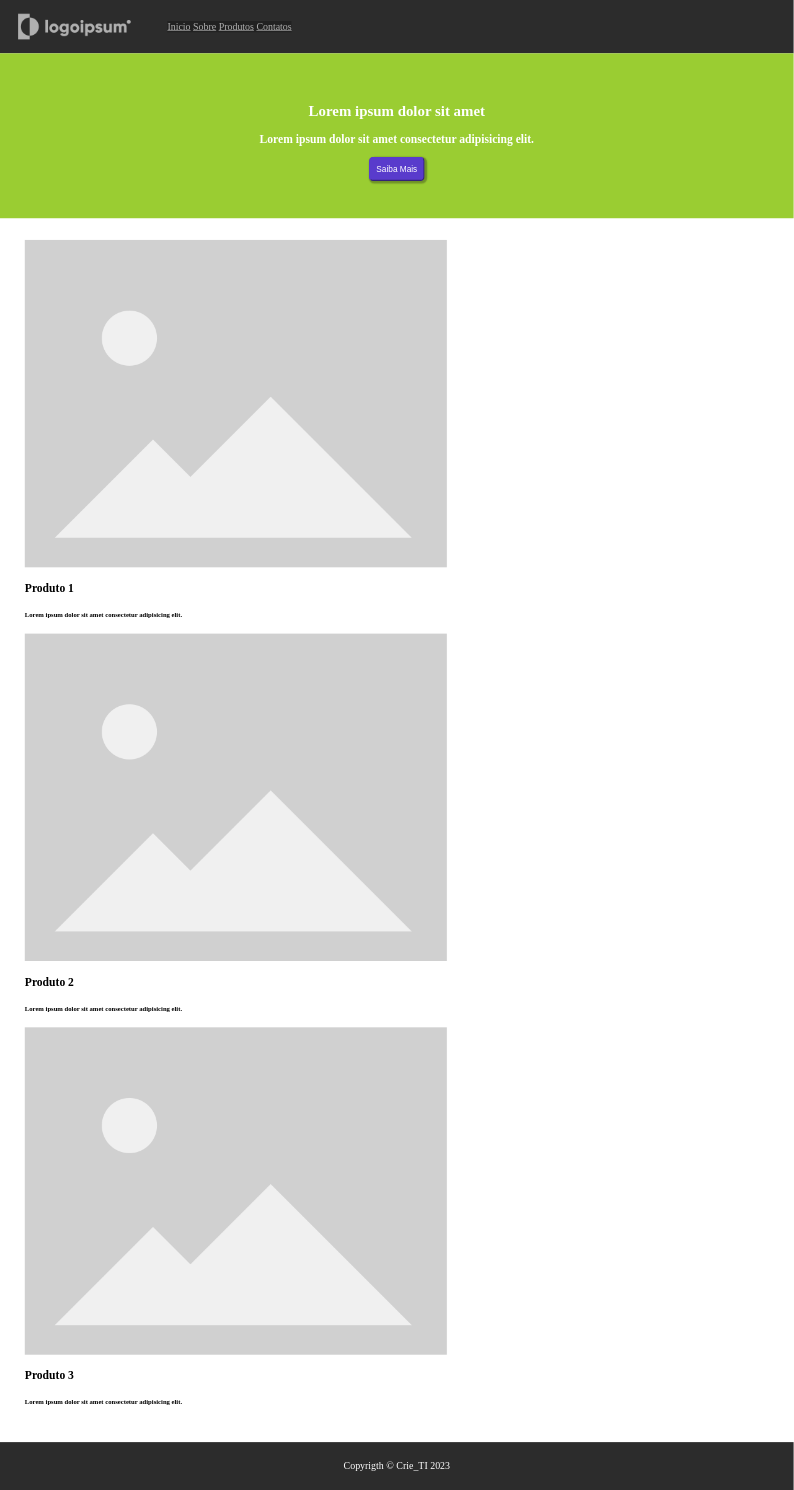
Repository: robsonwssantos/Projeto_Olaria
Page: Exercicios/ex.01/index.html
These files come from the project's save history. The page is drawn as it stood at one moment and after the next save; the edit follows.
The browser window is 1280 px wide. The pictures show the whole page, at 62% of full size.

Above is the page before, as saved 2023-04-21 11:20:58.

### Exercicios/ex.01/index.html
<!DOCTYPE html>
<html lang="pt-BR">
<head>
    <meta charset="UTF-8">
    <meta http-equiv="X-UA-Compatible" content="IE=edge">
    <meta name="viewport" content="width=device-width, initial-scale=1.0">
    <title>Desafio HTML-CSS</title>

    <style>
        body {
            margin: 0;
        }

        nav {
            color: #B0B0B0;
            background-color: #212121;
        }

        .lorem {

            color: #fff;
            background-color: #9ACD32;
            text-align: center;
            padding: 60px 60px 60px 60px;
        }

        .botao {
            color: #fff;
            background-color: #593BCC;
            border-color: #593BCC;
            border-radius: 7px;
            padding: 10px 10px 10px 10px;
            box-shadow: 2px 2px 2px 2px rgba(19, 18, 18, 0.315);
        }


        header {
            display: flex;
            align-items: center;
            background-color: rgb(44, 44, 44);
            padding-left: 20px;
            padding-right: 20px;
            box-sizing: border-box;
          /*  width: 100%;
            position: absolute;
            position: fixed;
            top: 0; */
        }

        header img {
            width: 200px;
            margin-right: 50px;
        }

        header a {
            color: #B0B0B0;
        }

        a:hover {
            color: #ffffff;
        }

        .container {

                padding-top:35px;
                padding-bottom: 35px;
                padding-left: 40px;
                padding-right: 40px;
        }


        footer {
            text-align: center;
            padding-top: 30px;
            padding-bottom: 30px;
            background-color: rgb(44, 44, 44);
            color: #fff;
        }

    </style>

</head>
<body>
    <header>

        <img src="logo.png" alt="">
        <nav>
            <a href="">Inicio</a>
            <a href="">Sobre</a>
            <a href="">Produtos</a>
            <a href="">Contatos</a>
        </nav>

    </header>
   <main>
        <section class="lorem">
            <div>
                <h1>Lorem ipsum dolor sit amet</h1>
                <h3>Lorem ipsum dolor sit amet consectetur adipisicing elit.</h3>
                <button class="botao">Saiba Mais</button>
            </div>
        </section>

        <section class="container" class="row">
            <div class="colum">
                <img src="placeholder.png" alt="">
                <h3>Produto 1</h3>
                <h6>Lorem ipsum dolor sit amet consectetur adipisicing elit.</h6>
            </div>
            <div class="colum">
                <img src="placeholder.png" alt="">
                <h3>Produto 2</h3>
                <h6>Lorem ipsum dolor sit amet consectetur adipisicing elit.</h6>
            </div>
            <div class="colum">
                <img src="placeholder.png" alt="">
                <h3>Produto 3</h3>
                <h6>Lorem ipsum dolor sit amet consectetur adipisicing elit.</h6>
            </div>
        </section>
   </main>

    <footer>
        Copyrigth © Crie_TI 2023
    </footer>
</body>
</html>

After the next save:
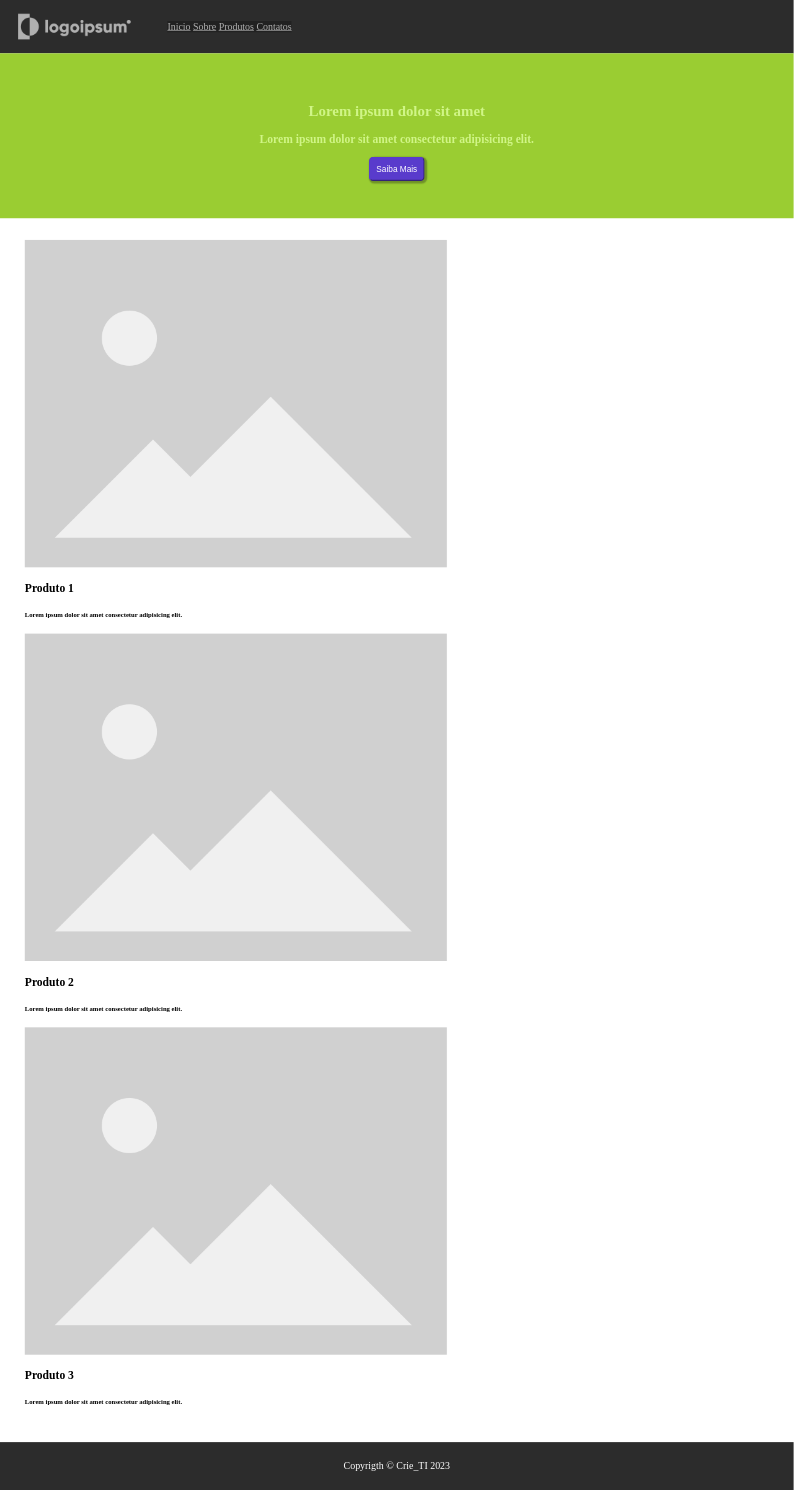
Saved 14 s later.
--- a/Exercicios/ex.01/index.html
+++ b/Exercicios/ex.01/index.html
@@ -18,7 +18,7 @@
 
         .lorem {
 
-            color: #fff;
+            color: #d0f587;
             background-color: #9ACD32;
             text-align: center;
             padding: 60px 60px 60px 60px;
